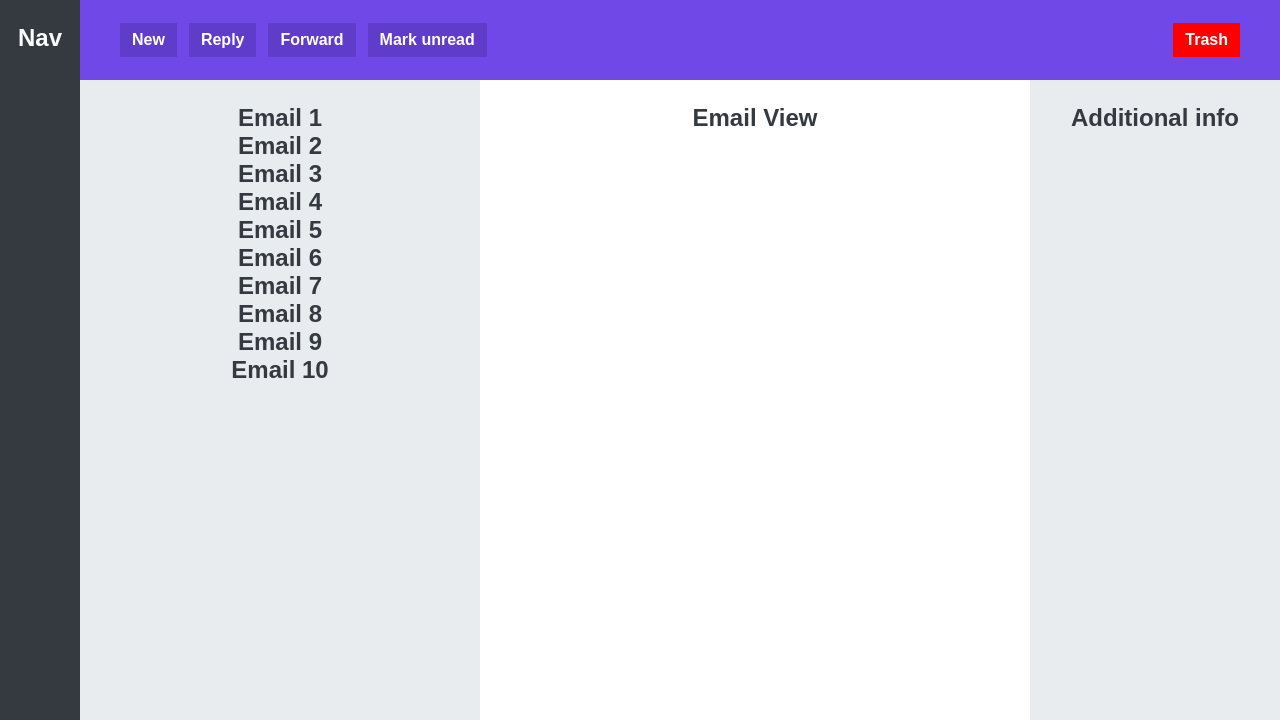
Repository: sunny070/CSS
Page: HTML and CSS some of the important components/06_app-layout.html
The author's editor kept a copy of each file at every save. The page is drawn from the files as they stood at one save, then again after a run of saves.
The browser window is 1280 px wide. The pictures show the whole page.

Above is the page before, as saved 2023-11-17 14:06:04.

After the next 4 saves:
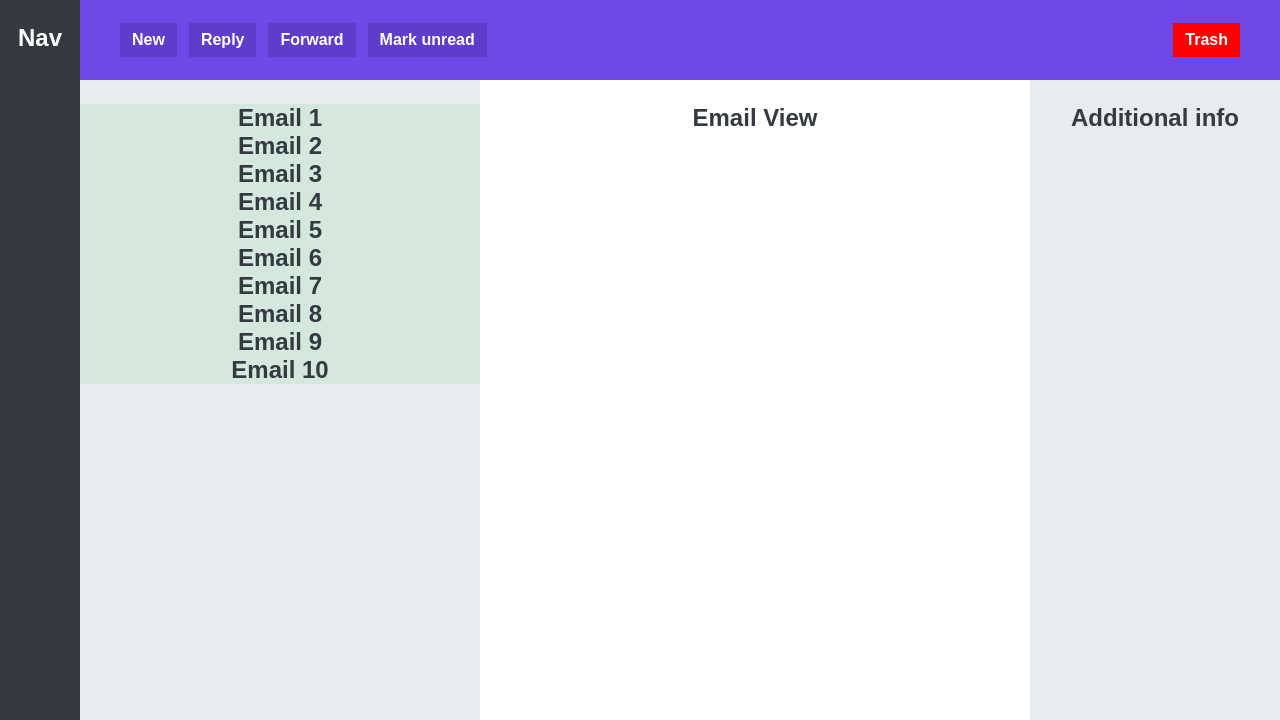
The 4 saves are shown as one change because they came seconds apart.
The last was saved 15 s later.
--- a/HTML and CSS some of the important components/06_app-layout.html
+++ b/HTML and CSS some of the important components/06_app-layout.html
@@ -55,7 +55,7 @@
             background-color:#e9ecef;
         }
         .email{
-            background-color:#e9ecef
+            background-color:#adb5
         }
         aside{
             background-color:#e9ecef;
